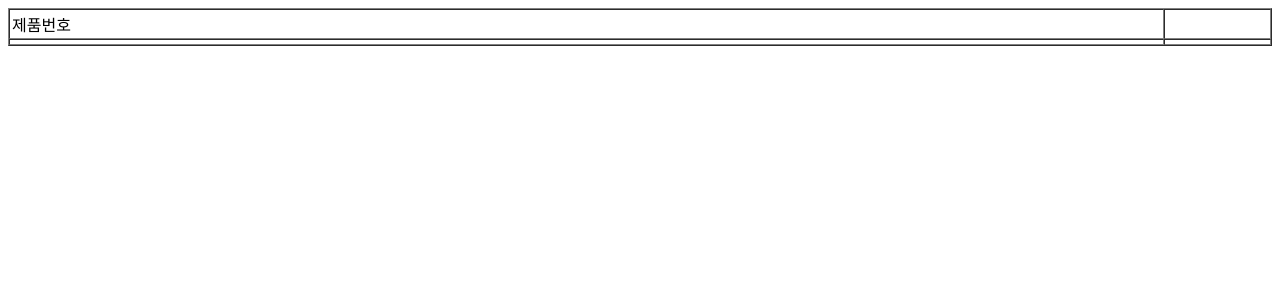
Repository: noopzzya/study_jsp_globalin
Page: http://localhost/ServletProject/temp/template/info_view.jsp
An editor plug-in stored every save of this project. The page is shown before and after the next save, followed by the edit.
The browser window is 1280 px wide. The pictures show the whole page.
The page is served by Tomcat 9.

Above is the page before, as saved 2023-02-01 05:32:17.

After the next save:
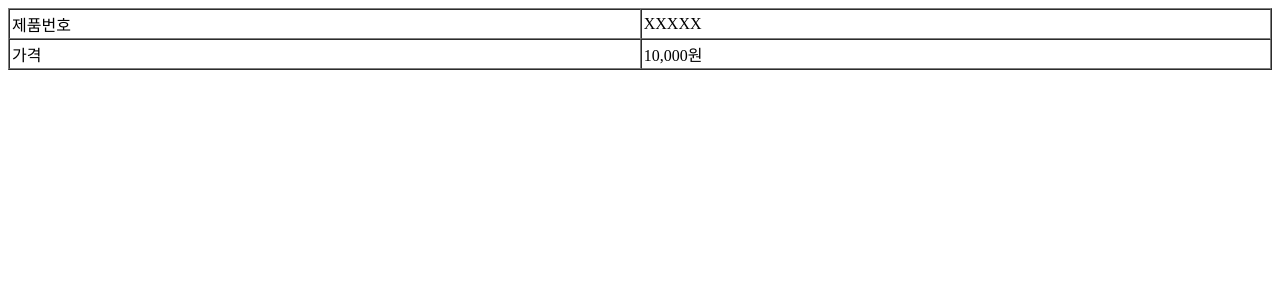
Saved 37 s later.
--- a/ServletProject/src/main/webapp/temp/template/info_view.jsp
+++ b/ServletProject/src/main/webapp/temp/template/info_view.jsp
@@ -10,11 +10,11 @@
 <table width="100%" border="1" cellpadding="2" cellspacing="0">
 
 	<tr>
-		<td>제품번호</td><td></td>
+		<td>제품번호</td><td>XXXXX</td>
 	</tr>
 
 	<tr>
-		<td></td><td></td>
+		<td>가격</td><td>10,000원</td>
 	</tr>
 
 </table>
